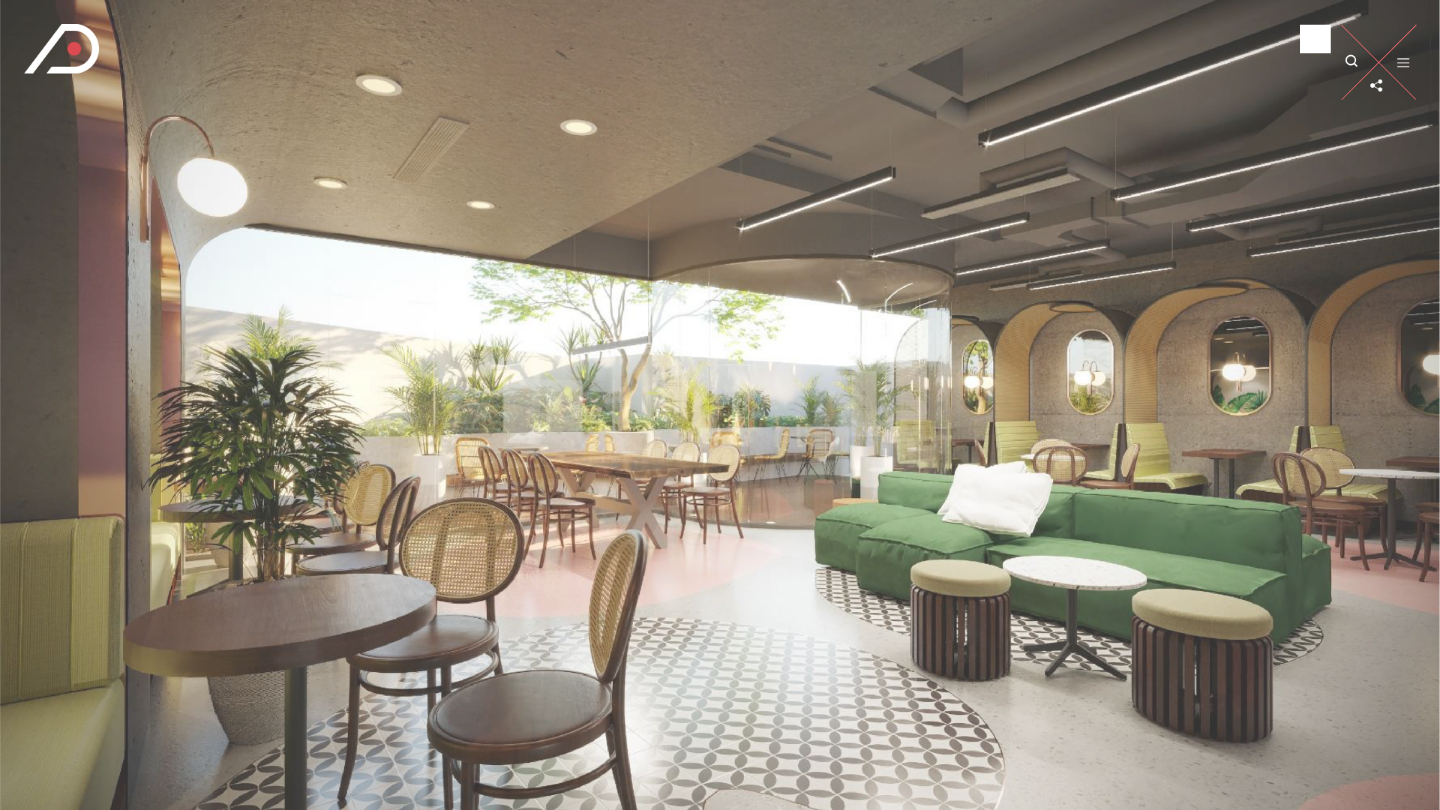
Repository: iphoneboy46/demoMonaFigma
Page: index.html
These files come from the project's save history. The page is drawn as it stood at one moment and after the next save; the edit follows.
The browser window is 1280 px wide. The page is 1920 px wide, so the pictures cover 1920 px, including what lies to the right of the window. The pictures show the whole page, at 75% of full size.

Above is the page before, as saved 2023-03-20 12:08:23.

After the next save:
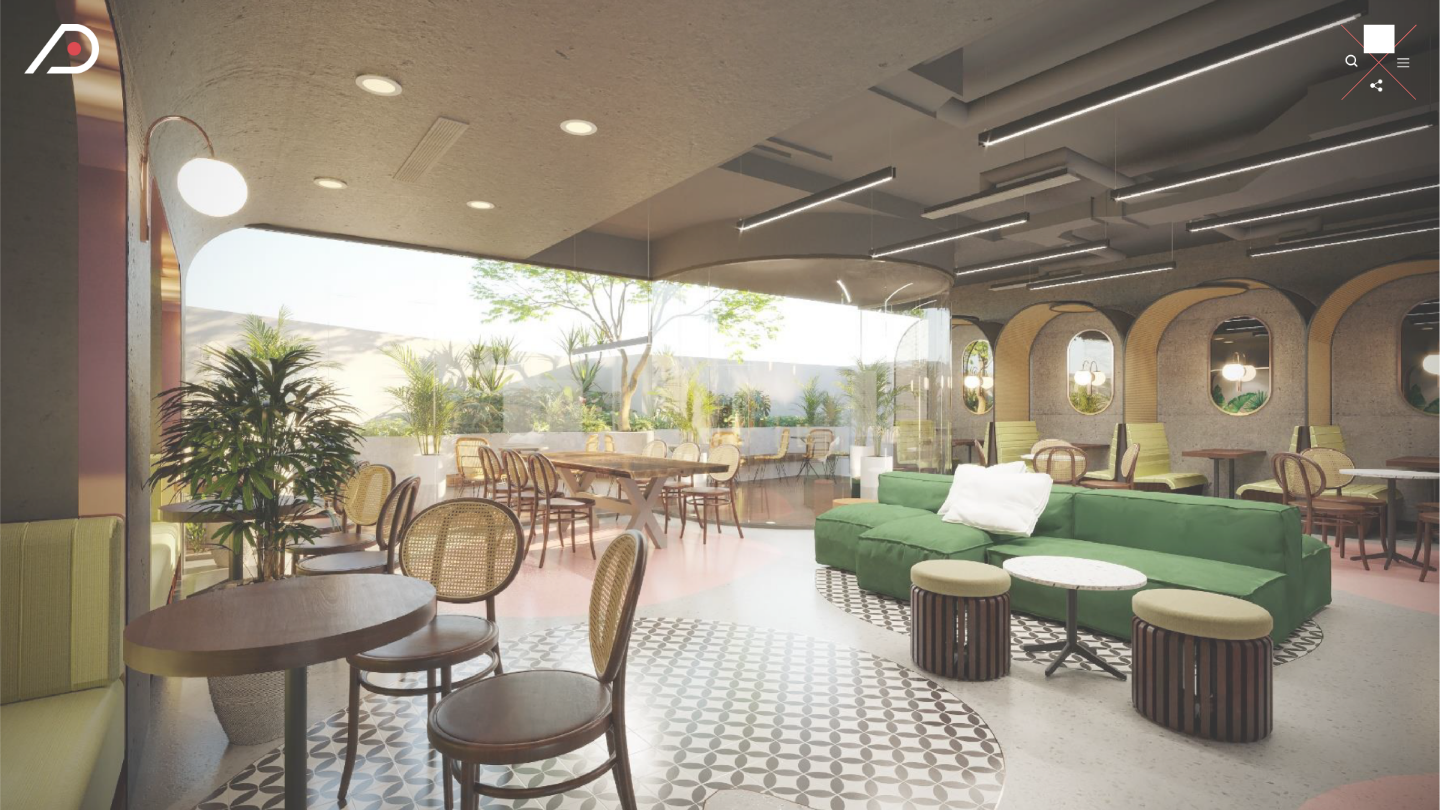
Saved 19 s later.
--- a/style.css
+++ b/style.css
@@ -155,7 +155,7 @@ header::after {
     background-color: white;
     position: absolute;
     top: -70px;
-    left: -125px;
+    left: -40px;
     transform: translate(50%, 50%);
     color: white;
     font-size: 14px;
